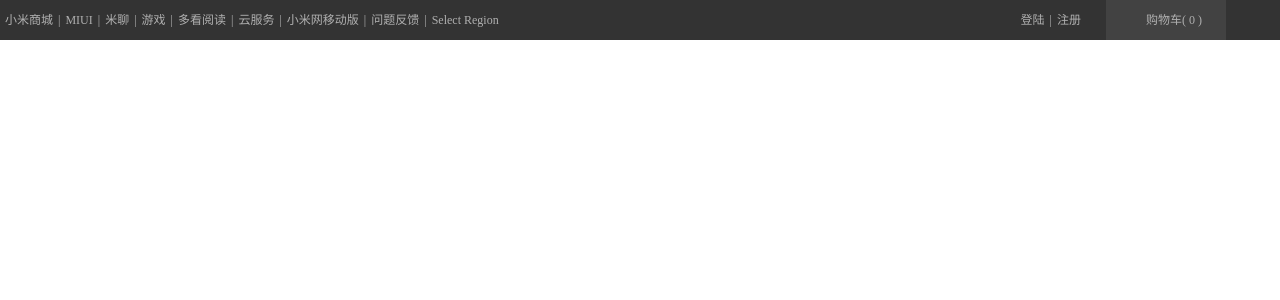
Repository: jijiajia19/mvue-by-jacle
Page: /
These files come from the project's save history. The page is drawn as it stood at one moment and after the next save; the edit follows.
The browser window is 1280 px wide. The pictures show the whole page.
The project was rebuilt for these pictures with package versions that can differ from the ones it lists, and the page was loaded fresh each time. Also part of the build but not shown: vue.config.js.

Above is the page before, as saved 2022-02-22 15:30:08.

### public/index.html
<!DOCTYPE html>
<html lang="">
    <head>
        <meta charset="utf-8" />
        <meta http-equiv="X-UA-Compatible" content="IE=edge" />
        <meta name="viewport" content="width=device-width,initial-scale=1.0" />
        <link rel="icon" href="<%= BASE_URL %>favicon.ico" />
        <title><%= htmlWebpackPlugin.options.title %></title>
        <style>
            body {
                margin: 0px;
                padding: 0px;
            }
        </style>
    </head>
    <body>
        <noscript>
            <strong
                >We're sorry but <%= htmlWebpackPlugin.options.title %> doesn't
                work properly without JavaScript enabled. Please enable it to
                continue.</strong
            >
        </noscript>
        <div id="app"></div>
        <!-- built files will be auto injected -->
    </body>
</html>

### src/main.js
import Vue from 'vue';
// import App from './App.vue';
import Main from '@v/Main';
import router from './router';

Vue.config.productionTip = false;

new Vue({
    router,
    render: (h) => h(Main),
}).$mount('#app');

### src/views/Main.vue
<template>
    <div class="main-container"><Header></Header></div>
</template>

<script>
import Header from '@c/Header.vue';

export default {
    name: 'Main',
    data() {
        return {};
    },
    components: { Header },
};
</script>

<style scoped lang="less">
@import '@a/css/base.css';
</style>

### src/router/index.js
import Vue from 'vue';
import VueRouter from 'vue-router';
import Main from '@v/Main';

Vue.use(VueRouter);

const routes = [
    {
        path: '/',
        name: 'main',
        component: Main,
    },
    {
        path: '/about',
        name: 'about',
        // route level code-splitting
        // this generates a separate chunk (about.[hash].js) for this route
        // which is lazy-loaded when the route is visited.
        component: () =>
            import(/* webpackChunkName: "about" */ '../views/AboutView.vue'),
    },
];

const router = new VueRouter({
    routes,
});

export default router;

### src/assets/css/base.css
html {
    width: 100%;
    height: 100%;
}

body {
    font-family: Helvetica, Arial, 'Microsoft Yahei', 'Hiragino Sans GB',
        'Heiti SC', 'WenQuanYi Micro Hei', sans-serif;
    width: 100%;
    height: 100%;
}

ul {
    margin: 0;
    padding: 0;
    list-style: none;
}

.clearfix:after {
    content: '.';
    display: block;
    height: 0;
    clear: both;
    visibility: hidden;
}
.clearfix {
    *+height: 1%;
}

a {
    text-decoration: none;
    color: #333;
}

### src/components/Header.vue
<template>
    <div class="container">
        <div class="h">
            <div class="topbar-nav">
                <ul class="nav-wrap">
                    <li
                        v-for="(item, index) in navs"
                        class="nav clearfix"
                        :key="item.name"
                    >
                        <template v-if="item.name === '小米商城'">
                            <a :href="item.sourceUrl" class="nav-name">{{
                                item.name
                            }}</a>
                        </template>
                        <template v-else>
                            <a
                                :href="item.sourceUrl"
                                class="nav-name"
                                target="_blank"
                                >{{ item.name }}</a
                            >
                        </template>
                        <span class="nav-separate" v-show="index != 8">|</span>
                    </li>
                </ul>
            </div>
            <div class="nav-info">
                <a
                    href="http://order.mi.com/site/login?redirectUrl=http://www.mi.com/index.html"
                    >登陆</a
                >
                <span class="nav-separate" v-show="$index !== 8">|</span>
                <a href="https://account.xiaomi.com/pass/register">注册</a>
            </div>
            <div
                class="topbar-cart fa cart-arrow-down"
                @mouseenter="evtCartEnter"
                @mouseleave="evtCartOut"
            >
                <div class="cart" :class="{ active: cartStatus }">
                    <i class="fa fa-cart-arrow-down icon-cart"></i>
                    <a href="http://static.mi.com/cart/">
                        购物车(
                        <span>0</span>
                        )
                    </a>
                </div>
                <div class="cart-list" transition="fadein" v-show="cartStatus">
                    购物车中还没有商品，赶快选购吧！
                </div>
            </div>
        </div>
    </div>
</template>

<script>
export default {
    name: 'Header',
    data() {
        return {
            navIndex: 0,
            navs: [
                { name: '小米商城', sourceUrl: 'http://www.mi.com/index.html' },
                { name: 'MIUI', sourceUrl: 'http://www.miui.com/' },
                { name: '米聊', sourceUrl: 'http://www.miliao.com/' },
                { name: '游戏', sourceUrl: 'http://game.xiaomi.com/' },
                { name: '多看阅读', sourceUrl: 'http://www.duokan.com/' },
                { name: '云服务', sourceUrl: 'https://i.mi.com/' },
                {
                    name: '小米网移动版',
                    sourceUrl: 'http://www.mi.com/c/appdownload/',
                },
                {
                    name: '问题反馈',
                    sourceUrl: 'http://static.mi.com/feedback/',
                },
                {
                    name: 'Select Region',
                    sourceUrl: 'http://www.mi.com/index.html',
                },
            ],
            timer: '',
            cartStatus: false,
        };
    },
    methods: {
        evtCartEnter: function () {
            this.cartStatus = true;
            clearInterval(this.timer);
        },
        evtCartOut: function () {
            let self = this;
            this.timer = setTimeout(function () {
                self.cartStatus = false;
            }, 300);
        },
    },
    components: {},
};
</script>

<style scoped lang="less">
.h {
    position: relative;
    width: 1226px;
    // margin: 0 auto;
    font-size: 12px;
    z-index: 11;
}
.container {
    width: 100%;
    height: 40px;
    margin: 0px;
    padding: 0px;
    background: #333;
    font-size: 12px;
}

.topbar-nav {
    float: left;
    display: inline-block;
    height: 40px;
    line-height: 40px;
    overflow: hidden;
}

.nav-wrap {
    display: inline-block;
    margin: 0;
    padding: 0;
    list-style: none;
    .nav {
        display: inline-block;
        text-decoration: none;
        height: 40px;
        line-height: 40px;
        padding-left: 5px;
        & :hover {
            color: #fff;
        }
        .nav-name {
            display: inline-block;
            font-size: 12px;
            color: #b0b0b0;
            text-decoration: none;
        }
        .nav-separate {
            display: inline-block;
            color: #b0b0b0;
            margin-left: 5px;
        }
    }
}

.nav-info {
    position: absolute;
    top: 0;
    right: 140px;
    height: 40px;
    line-height: 40px;
    a {
        color: #b0b0b0;
        text-decoration: none;
        margin-right: 5px;
        margin-left: 5px;
        &:hover {
            color: #fff;
        }
    }
    span {
        color: #b0b0b0;
    }
}

.topbar-cart {
    position: relative;
    float: right;
    width: 120px;
    background: #424242;
    height: 40px;
    line-height: 40px;
    cursor: pointer;
    &:hover {
        background: #fff;
        a,
        .icon-cart,
        span {
            color: #ff6700;
        }
    }
    .active {
        background: #fff;
        a {
            color: #ff6700;
        }
        span {
            color: #ff6700;
        }
    }
    a {
        display: block;
        width: 100%;
        height: 100%;
        padding-left: 40px;
        color: #b0b0b0;
        text-decoration: none;
        box-sizing: border-box;
    }
    span {
        color: #b0b0b0;
    }
    .icon-cart {
        position: absolute;
        left: 15px;
        top: 10px;
        color: #b0b0b0;
        font-size: 20px;
    }
}

.cart-list {
    position: absolute;
    right: 0;
    top: 39px;
    width: 316px;
    height: 96px;
    line-height: 96px;
    text-align: center;
    color: #b0b0b0;
    background: #fff;
    box-shadow: 0 0 5px #ccc;
    z-index: 10; //这个属性很重要
    overflow: hidden;
}

.fadein-transition {
    transition: all 0.5s ease;
    height: 96px;
}

.fadein-enter,
.fadein-leave {
    height: 0;
}
</style>

After the next save:
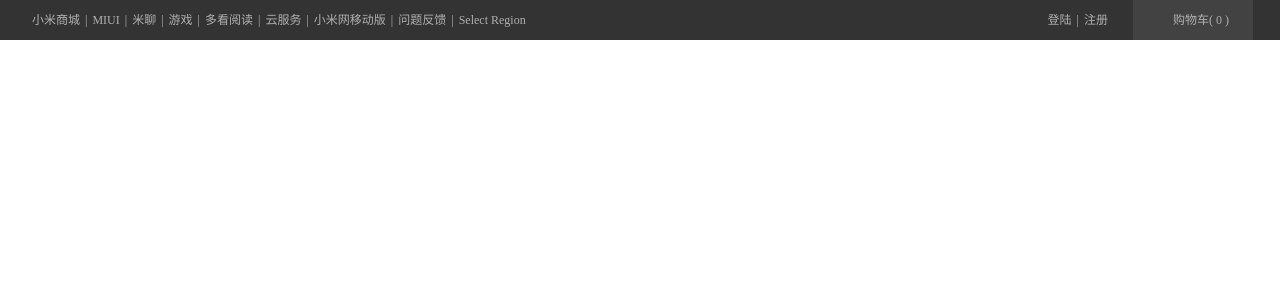
Saved 15 s later.
--- a/src/components/Header.vue
+++ b/src/components/Header.vue
@@ -104,7 +104,7 @@ export default {
 .h {
     position: relative;
     width: 1226px;
-    // margin: 0 auto;
+    margin: 0 auto;
     font-size: 12px;
     z-index: 11;
 }
